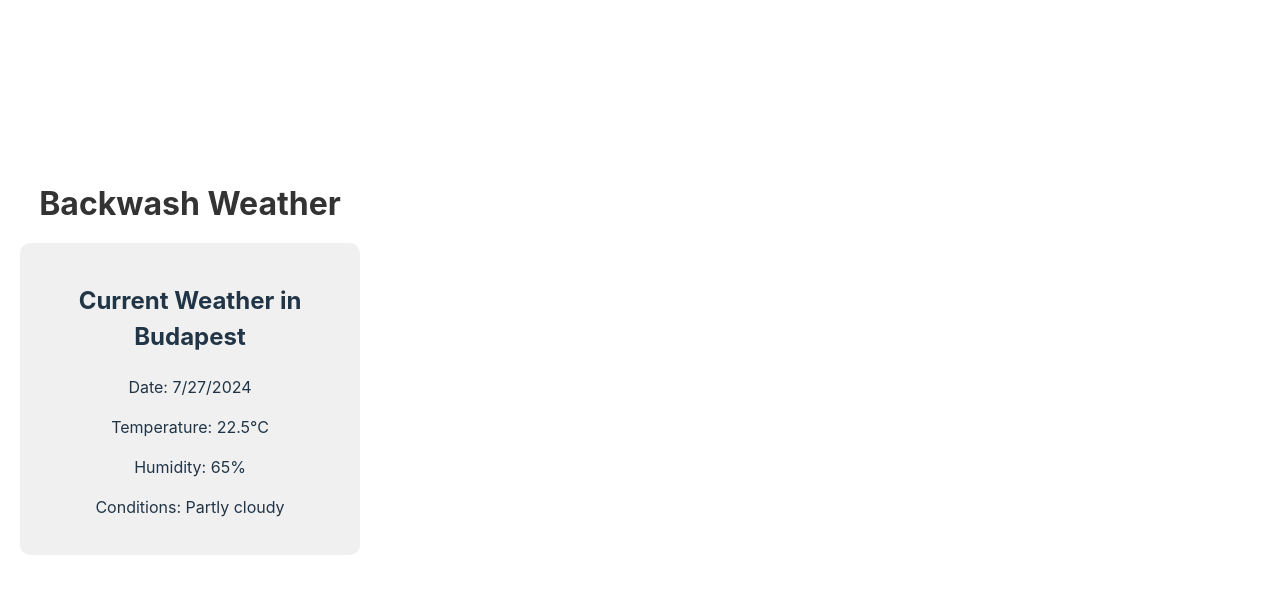
Repository: lukebelliveau/backwash
Page: /
The author's editor kept a copy of each file at every save. The page is drawn from the files as they stood at one save, then again after a run of saves.
The browser window is 1280 px wide. The pictures show the whole page.
The page's requests for data from a server got no answer. The project was rebuilt for these pictures with package versions that can differ from the ones it lists, and the page was loaded fresh each time. No one was signed in, and anything a server would have sent is missing. Also part of the build but not shown: vite.config.ts.

Above is the page before, as saved 2024-07-27 15:47:03.

After the next 2 saves:
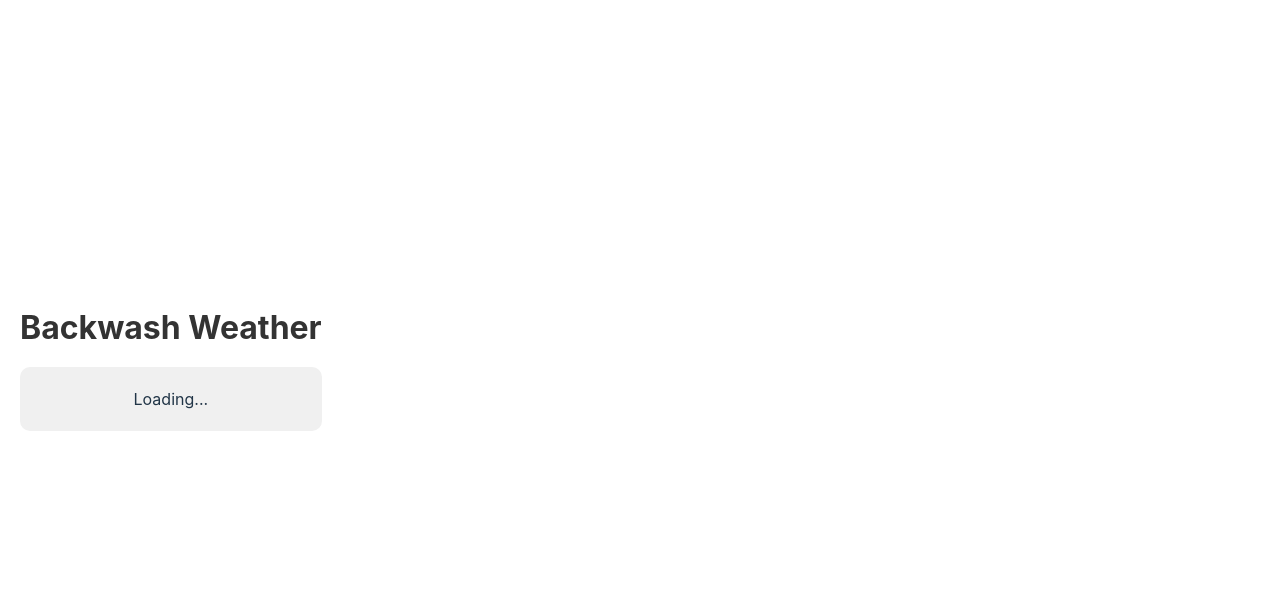
The 2 saves are shown as one change because they came seconds apart.
The last was saved 49 min 20 s later.
--- a/src/components/WeatherWidget.tsx
+++ b/src/components/WeatherWidget.tsx
@@ -6,7 +6,7 @@ const WidgetContainer = styled.div`
   background-color: #f0f0f0;
   border-radius: 10px;
   padding: 20px;
-  max-width: 300px;
+  max-width: 400px;
   margin: 0 auto;
 `;
 
@@ -14,26 +14,32 @@ const WeatherInfo = styled.div`
   margin-top: 20px;
 `;
 
+const DayForecast = styled.div`
+  border-top: 1px solid #ccc;
+  padding: 10px 0;
+`;
+
 const CITY = "Budapest";
+const API_KEY = "fe834ece9c3da2d7f6ff7c59b4f47d10"; // Your API key
+const LAT = 47.4979;
+const LON = 19.0402;
 
 interface WeatherData {
-  dt: number;
-  temp: number;
-  humidity: number;
-  weather: { description: string }[];
+  list: Array<{
+    dt: number;
+    main: { temp: number; humidity: number };
+    weather: Array<{ description: string }>;
+  }>;
 }
 
-const mockWeatherData: WeatherData = {
-  dt: Date.now() / 1000,
-  temp: 22.5,
-  humidity: 65,
-  weather: [{ description: "Partly cloudy" }],
-};
-
 const fetchWeatherData = async (): Promise<WeatherData> => {
-  // Simulate API call delay
-  await new Promise((resolve) => setTimeout(resolve, 1000));
-  return mockWeatherData;
+  const response = await fetch(
+    `https://api.openweathermap.org/data/2.5/forecast?lat=${LAT}&lon=${LON}&appid=${API_KEY}&units=metric`
+  );
+  if (!response.ok) {
+    throw new Error("Network response was not ok");
+  }
+  return response.json();
 };
 
 const WeatherWidget: React.FC = () => {
@@ -54,17 +60,29 @@ const WeatherWidget: React.FC = () => {
     return <WidgetContainer>{error.message}</WidgetContainer>;
   }
 
+  // Group forecast data by day
+  const dailyForecasts = weatherData?.list.reduce((acc, forecast) => {
+    const date = new Date(forecast.dt * 1000).toDateString();
+    if (!acc[date]) {
+      acc[date] = forecast;
+    }
+    return acc;
+  }, {} as Record<string, WeatherData["list"][0]>);
+
   return (
     <WidgetContainer>
-      <h2>Current Weather in {CITY}</h2>
-      {weatherData && (
-        <WeatherInfo>
-          <p>Date: {new Date(weatherData.dt * 1000).toLocaleDateString()}</p>
-          <p>Temperature: {weatherData.temp}°C</p>
-          <p>Humidity: {weatherData.humidity}%</p>
-          <p>Conditions: {weatherData.weather[0].description}</p>
-        </WeatherInfo>
-      )}
+      <h2>5-Day Forecast for {CITY} </h2>
+      <WeatherInfo>
+        {dailyForecasts &&
+          Object.entries(dailyForecasts).map(([date, forecast]) => (
+            <DayForecast key={date}>
+              <h3>{date}</h3>
+              <p>Temperature: {forecast.main.temp.toFixed(1)}°C</p>
+              <p>Humidity: {forecast.main.humidity}%</p>
+              <p>Conditions: {forecast.weather[0].description}</p>
+            </DayForecast>
+          ))}
+      </WeatherInfo>
     </WidgetContainer>
   );
 };
